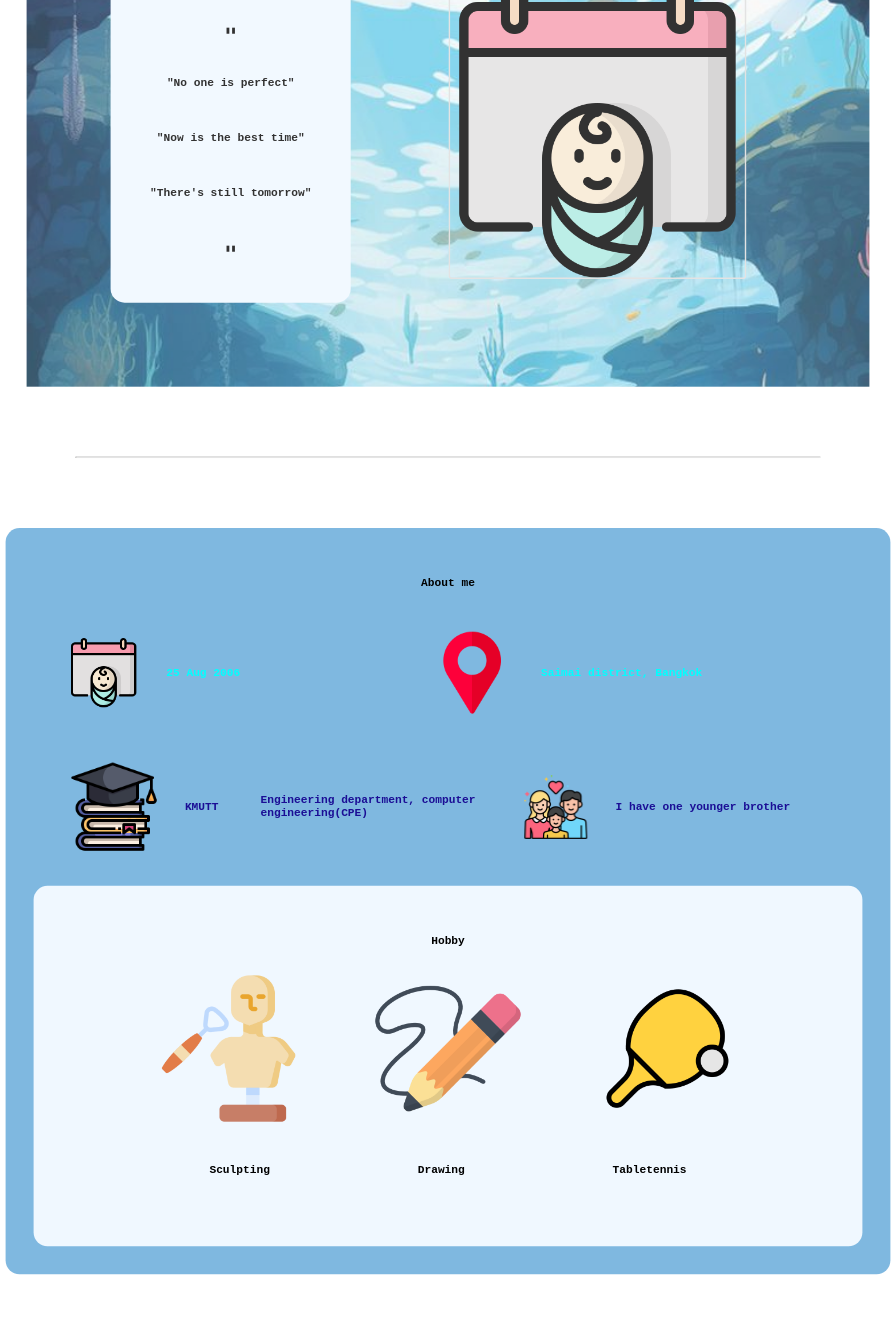
Repository: kittipichcha/Port1
Page: page1.html
These files come from the project's save history. The page is drawn as it stood at one moment and after the next save; the edit follows.
The browser window is 1280 px wide. The pictures show the part of the page from y = 309 to 2229 px (the page is 4499 px tall), at 70% of full size.
A picture or video elsewhere on the page could not be fetched, so the positions and the page height are approximate.

Above is the page before, as saved 2024-10-15 22:38:53.

### page1.html
<!DOCTYPE html>
<html>
<head>
  <title>Home</title>
  <link rel="stylesheet" href="style.css">
</head>
<body>
  <nav class = "background">
    <ul class = "textButton">
      <li><a href="#section1">About me</a></li>
      <li><a href="#section2">Contact</a></li>
      <li><a href="#section3">Education</a></li>
      <li><a href="#section4">Skill</a></li>
    </ul>
  </nav>

  <div class = "widget background" style = "background-image: url('underSea.jpg'); opacity:80%; align-content:space-between;">
    <div class = "widget1" style="margin: 100px; justify-content: center; background-color:aliceblue; border-radius: 20px; width:40%;">
      <h1 class="textGeneral" style="font-size: larger;"> Portfolio </h1>
      <h1 class="textTopic" style = "margin: 10px"> " </h1>
      <h2 class="textGeneral"> "No one is perfect" </h2>
      <h2 class="textGeneral"> "Now is the best time" </h2>
      <h2 class="textGeneral"> "There's still tomorrow" </h2>
      <h1 class="textTopic"> " </h1>
    </div>
    <div class = "container" style = "width: 70%;">
      <img class = "icon" src = "/icon/baby.png" class = "icon" style = "width: 70%; margin:30px">
      <div class = "overlay" style = "width: 60%;">
        <h1 class = "textImage"> My name is Kittipich Charoenthanachot. </h1>
      </div>
    </div>
  </div>

  <hr class="space">

  <!-- About me -->
  <section id="section1">
    <div class = "backgroundColor">
      <h1 class = "textGeneral" style="justify-content: center;"> About me </h1>
      <div class = "widget">
        <!-- born -->
        <div style = "justify-content: flex-start;">
          <img class = "image" src="icon\baby.png" alt="Logo">
          <h3 class = "textGeneral" style = "color: aqua;"> 25 Aug 2006 </h3>
        </div>
        <!-- live -->
        <div style = "justify-content: flex-start;">
          <img class = "image" src="icon\placeholder.png" alt="Place">
          <h3 class = "textGeneral" style = "color: aqua;"> Saimai district, Bangkok </h3>
        </div>
        <br class = "space1">
      </div>
      <div class = "widget">
        <!-- study -->
        <div style = "justify-content: flex-start;">
          <img class = "image" src="icon\graduation.png" alt="Logo">
          <h3 class = "textGeneral" style = "color: rgb(27, 14, 149);"> KMUTT </h3>
          <h4 class = "textGeneral" style = "color: rgb(27, 14, 149);"> Engineering department, computer engineering(CPE)</h4>
        </div>

        <!-- family -->
        <div style = "justify-content: flex-start;">
          <img class = "image" src="icon\family.png" alt="Logo">
          <h3 class = "textGeneral" style = "color: rgb(27, 14, 149);"> I have one younger brother </h3>
        </div>
      </div>
      <!-- hobby -->
      <div class = "backgroundColor" style = "background-color: aliceblue;">
        <h1 class = "textGeneral" style = "justify-content: center;"> Hobby </h1>
        <div class = "widget">
          <img class = "image" style = "width:20%;" src="icon\sculpt.png" alt="Logo">
          <img class = "image" style = "width:20%;" src="icon\pencil.png" alt="Logo">
          <img class = "image" style = "width:20%;" src="icon\game.png" alt="Logo">
        </div>
        <div class = "widget">
          <h2 class = "textGeneral"> Sculpting </h2>
          <h2 class = "textGeneral"> Drawing </h2>
          <h2 class = "textGeneral"> Tabletennis </h2>
        </div>
      </div>
    </div>
  </section>

  <hr class="space">
  <!-- Contact -->
  <section id="section2"  class = "background" style = "background-image: url('underSea1.jpg');">
    <h1 class = "textTopic" style="font-size: large; color:rgb(41, 114, 179)"> Contact </h1>
    <div class = "widget backgroundColor" style="align-items: flex-start; background-color:aliceblue;">
      <div style = "justify-content: flex-start;">
        <img class = "image" src="icon\instagram.png" alt="Logo">
        <h2 class = "textGeneral"> Instagram </h2>
      </div>

      <div style = "justify-content: flex-start;">
        <img class = "image" src="icon\facebook.png" alt="Logo">
        <h2 class = "textGeneral"> Facebook </h2>
      </div>

      <div style = "justify-content: flex-start;">
        <img class = "image" src="icon\line.png" alt="Logo">
        <h2 class = "textGeneral"> Line </h2>
      </div>
    </div>
    <div class = "space1"> </div>
    <div class = "widget" style="align-items: flex-start;">
      <div class = "icon2" style = "justify-content: flex-start;">
        <img class = "image" src="https://cdn-icons-png.flaticon.com/128/483/483947.png" alt="Logo">
        <h2 class = "textGeneral" style = "color:  rgb(55, 118, 174);"> Call </h2>
      </div>

      <div class = "icon2" style = "justify-content: flex-start";>
        <img class = "image" src="https://cdn-icons-png.flaticon.com/128/5968/5968756.png" alt="Logo">
        <h2 class = "textGeneral" style = "color: rgb(55, 118, 174);" > Discord </h2>
      </div>
    </div>
  </section>

  <hr class="space">
  <!-- Education -->
  <section id="section3">
    <h1 class = "textGeneral" style = "font-size: large;  justify-content:center;"> Education </h1>
    <div>
      <div class = "widget" style = "justify-content:space-around;">
        <img class = "image" src="icon\logo.png" alt="Logo">
        <br class="space">
        <div>
          <h2 class = "textGeneral"> PCSHCS </h2>
          <h2 class = "textGeneral"> Lower secondary school </h2>
        </div>
      </div>

      <div class = "widget" style = "justify-content: space-around;">
        <img class = "image" src="icon\R.png" alt="Logo">
        <br class="space">
        <div>
          <h2 class = "textGeneral"> SciUS TU SKR </h2>
          <h2 class = "textGeneral"> Higher secondary school </h2>
        </div>
      </div>

      <div class = "widget" style = "justify-content: space-around;">
        <img class = "image" src="icon\kmutt.png" alt="Logo">
        <br class="space">
        <div>
          <h2 class = "textGeneral"> KMUTT </h2>
          <h2 class = "textGeneral"> Bachelor’s degree </h2>
        </div>
      </div>
    </div>
  </section>

  <hr class="space">
  <!-- Skill -->
  <section id = "section4">
    <h2 class = "textGeneral" style = "justify-content: center; font-size:large"> Skill </h2>
    <div class = "widget">
      <div class = "widget1">
          <a href="page2.html">
            <div class = "container">
              <h2 class = "overlay textGeneral" style = "background-color:rgba(240, 248, 255, 0);"> Sculpting  </h2>
              <img class = "icon" style = "width:50%;"src="icon\sculpt.png">
            </div>
          </a>
      </div>

      <div class = "widget1">
        <h2 class = "textGeneral"> Painting  </h2>
        <a href="page3.html">
          <img class = "icon" src="icon\paint.png">
        </a>
      </div>

      <div class = "widget1">
        <h2 class = "textGeneral"> Board game  </h2>
        <a href="page4.html">
          <img class = "icon" src="icon\dice.png">
        </a>
      </div>
    </div>

  </section>
</body>
</html>

### style.css
nav {
    background-color: #318b9b;
    padding: 10px;
    display: flex;
    justify-content: flex-end;
    opacity: 80%;
    border-radius: 10px;
}

nav ul li {
    display: inline-block;
}

nav ul li a:hover {
    background-color: #257ab7;
    border-radius: 5px;
    text-decoration: underline;
}

.textButton li a {
    color: #ffffff;
    text-decoration: none;
    font-family: 'Lucida Console', monospace;
    padding: 10px;
}

.textGeneral {
    color: #000000;
    font-size: medium;
    font-family: 'Courier New', monospace;
    margin: 20px;
    padding: 10px;
    display: flex;
    justify-content: left;
}

.textTopic {
    color: #000000;
    text-decoration: none;
    font-family: 'Lucida Console', monospace;
    margin: 30px;
    margin-bottom: 50px;
    display: flex;
    justify-content: center;
}

.widget {
    display: flex;
    justify-content: space-evenly;
    margin: 30px;
}

.widget div {
    display: flex;
    justify-content: space-between;
    align-items: center;
    margin: 10px;
}

.overlay {
    padding: 20px;
    margin: 50px;
    border-radius: 10px;
    position: absolute;
    top: 0;
    bottom: 0;
    left: 0;
    right: 0;
    height: 80%;
    width: 80%;
    opacity: 0;
    transition: .5s ease;
    background-color: #358eac9e;
}

.container {
    position: relative;
}

.container:hover .overlay{
    opacity: 0.7;
}

.textImage {
    color: white;
    font-family: 'Courier New', Courier, monospace;
    position: absolute;
    top: 50%;
    left: 50%;
    transform: translate(-50%, -50%);
    -ms-transform: translate(-50%, -50%);
}

.widget div img {
    display: flex;
    justify-content: space-between;
    align-items: center;
    margin: 10px;
}

.widget1 {
    display: flex;
    flex-direction: column;
    justify-content: space-around;
    align-content: space-around;
    margin: 10px;
}



.space {
    display: flex;
    margin: 100px;
}

.space1 {
    display: flex;
    margin: 40px;
}

.icon {
    display: block;
    border: 2px solid #ddd;
    border-radius: 4px;
    width: 30%;
    align-items: center;
    justify-content: center;
}

.icon2 {
    padding: 10px;
    display: block;
    background-color: #ffffff;
    border-radius: 10px;
    width: 30%;
    align-items: center;
    justify-content: center;
}

.image {
    display: block;
    width: 20%;
    align-items: center;
    justify-content: center;
}

.icon2Text {
    display: block;
    border: 2px solid #ddd;
    border-radius: 4px;
    width: 30%;
    align-items: center;
    justify-content: center;
}

.background {
    background-image: url("beach.jpg");
    background-size: cover;
    padding: 20px;
    opacity: 80%;
}

.backgroundColor {
    background-color:#348ecea0;
    border-radius: 20px;
    padding: 40px;
}

.galleryContainer {
    justify-content: center;
}

.galleryContainer img {
    border: 5px solid #ddd;
    border-radius: 10px;
    height: auto;
    width: 20%;
    margin: 10px;
}

.scrollImage {
    background-color: #e0dddd;
    overflow: auto;
    display: flex;
    justify-content: flex-start;
    white-space: nowrap;
}

.scrollImage div img {
    border: 2px solid #ffffff;
    border-radius: 5px;
    height: auto;
    width: 20%;
    margin: 20px;
}

.topicAndPara {
    display: flex;
    flex-direction: column;
    justify-content: flex-start;
}

.topicAndPara:nth-child(n) {
    color: #000000;
    font-size: medium;
    font-family: 'Courier New', monospace;
    margin: 10px;
    padding: 10px;
    display: flex;
    justify-content: left;
}

.button {
    display: flex;
    border: none;
    border-radius: 10px;
    background-image: url("beach.jpg");
    padding: 50px;
    text-align: center;
    text-decoration: none;
    display: inline-block;
    font-family: 'Courier New', monospace;
    color:#ffffff;
    font-size: large;
    text-shadow: 1px 2px black;
    margin: 5px;
    transition-duration: 0.4s;
    cursor: pointer;
}

After the next save:
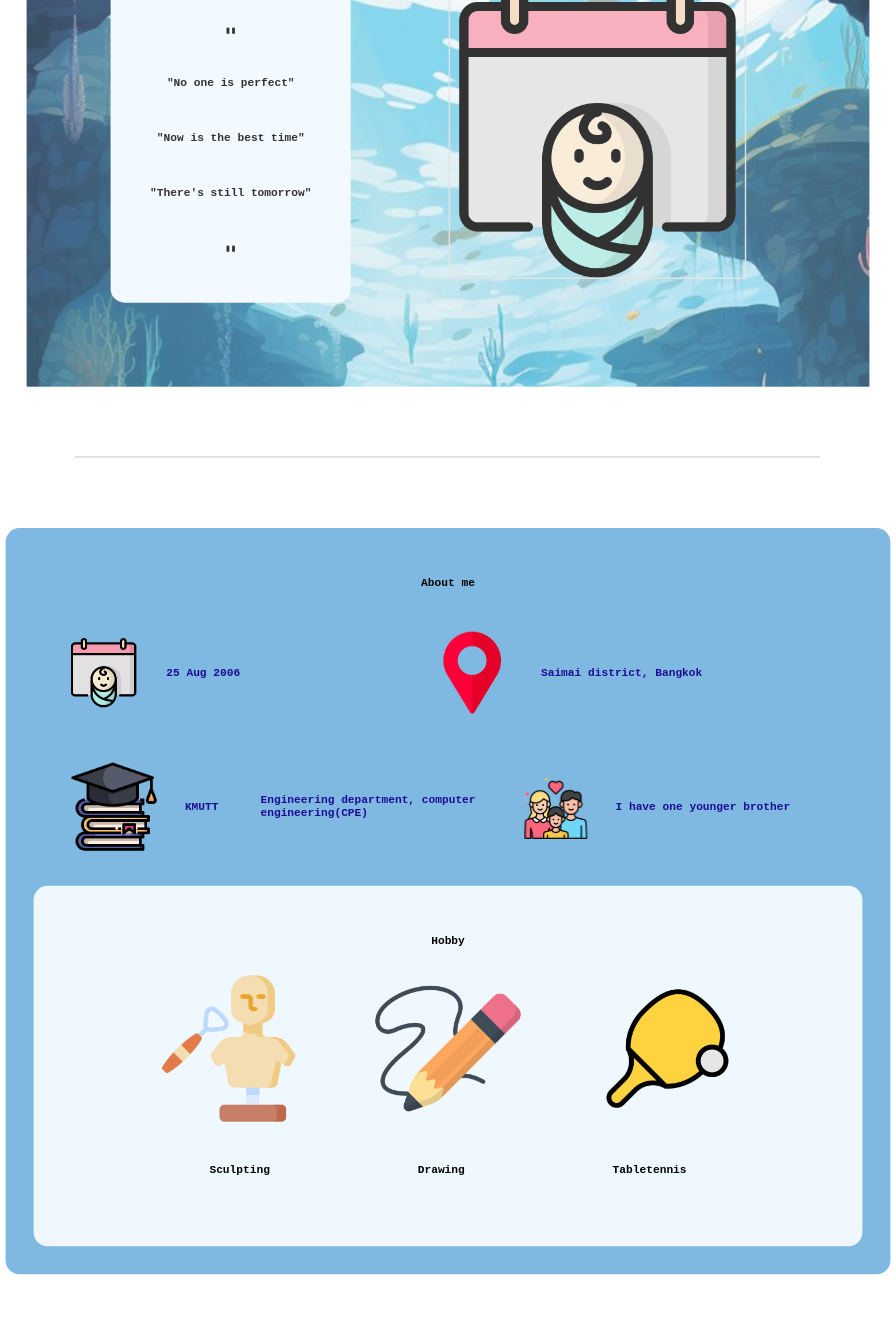
Saved 24 s later.
--- a/page1.html
+++ b/page1.html
@@ -41,12 +41,12 @@
         <!-- born -->
         <div style = "justify-content: flex-start;">
           <img class = "image" src="icon\baby.png" alt="Logo">
-          <h3 class = "textGeneral" style = "color: aqua;"> 25 Aug 2006 </h3>
+          <h3 class = "textGeneral" style = "color: rgb(27, 14, 149);"> 25 Aug 2006 </h3>
         </div>
         <!-- live -->
         <div style = "justify-content: flex-start;">
           <img class = "image" src="icon\placeholder.png" alt="Place">
-          <h3 class = "textGeneral" style = "color: aqua;"> Saimai district, Bangkok </h3>
+          <h3 class = "textGeneral" style = "color: rgb(27, 14, 149);"> Saimai district, Bangkok </h3>
         </div>
         <br class = "space1">
       </div>
